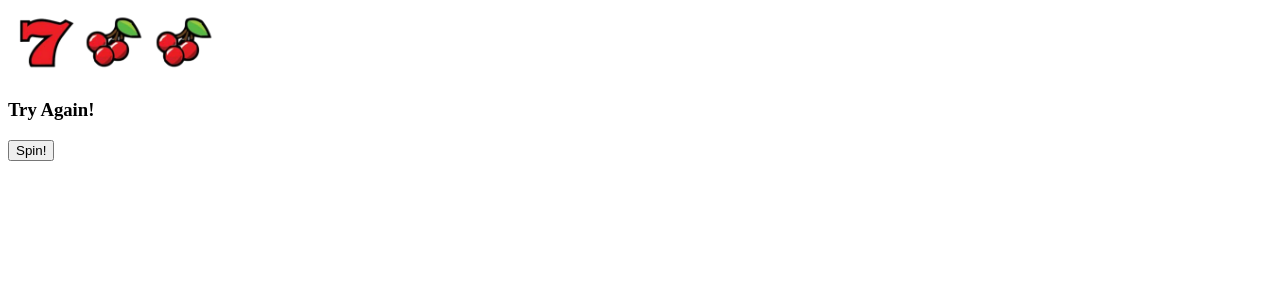
Repository: TheRealCisco/f2017CST336
Page: http://localhost/777/index.php
The author's editor kept a record of every edit. The page is drawn from the files as they stood at one moment, then again after the next edit.
The browser window is 1280 px wide. The pictures show the whole page.
The page is run by PHP 8.4 with error messages shown; the project is at /var/www/html/.

Above is the page before.

### 777/index.php

<?php
include 'inc/functions.php';

?>
<!DOCTYPE html>
<html>
    <head>
        <title> 777 Slot Machine </title>
    </head>
    <body>
       <?php
       play();
       ?>
        <form>
            <input type="submit" value="Spin!"/>
        </form>
    </body>
</html>

### 777/inc/functions.php
 <?php


        function displaySymbol($randomValue,$pos){
        switch($randomValue){
            case 0:$symbol="seven";
            break;
            case 1:$symbol="cherry";
            break;
            case 2:$symbol="lemon";
            break;

        }
         echo"<img id ='reel$pos' src='img/$symbol.png' alt ='$symbol' title='".ucfirst($symbol)."' width='70'>";

    }
            function displayPoints($randomValue1,$randomValue2,$randomValue3){
             echo"<div id='output'>";
             if($randomValue1==$randomValue2 && $randomValue2==$randomValue3){
                 switch($randomValue1){
                     case 0:$totalPoints=1000;
                     echo "<h1>Jackpot!</h1>";
                     break;
                     case 1:$totalPoints=500;
                     break;
                     case 2:$totalPoints=250;
                     break;
                 }
                 echo "<h2>You Won $totalPoints points!</h2>";
             }else{
                 echo "<h3>Try Again! </h3>";
             }
             echo "</div>";
         }
         function play(){
             for($i=1;$i<4;$i++){
                 ${"randomValue" . $i}=rand(0,2);
                 displaySymbol(${"randomValue" . $i},$i);
             }
             displayPoints($randomValue1,$randomValue2,$randomValue3);
         }
        ?>

After the next edit:
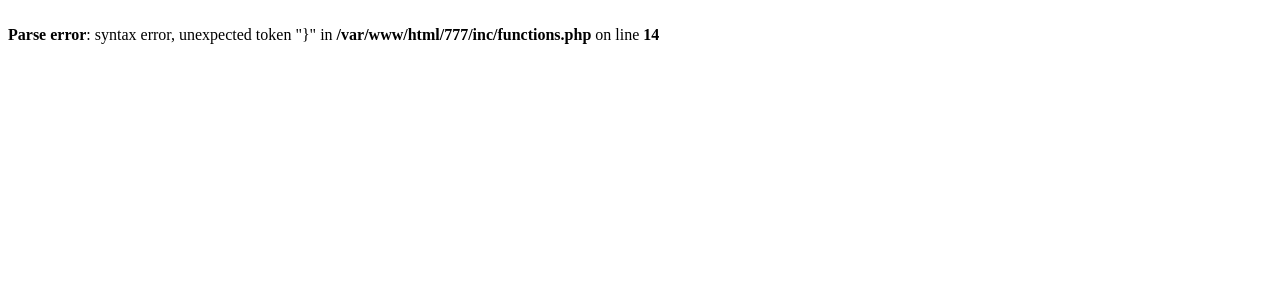
The edit:
--- a/777/inc/functions.php
+++ b/777/inc/functions.php
@@ -9,6 +9,7 @@
             break;
             case 2:$symbol="lemon";
             break;
+            case 3:$symbol="bar;"
 
         }
          echo"<img id ='reel$pos' src='img/$symbol.png' alt ='$symbol' title='".ucfirst($symbol)."' width='70'>";
